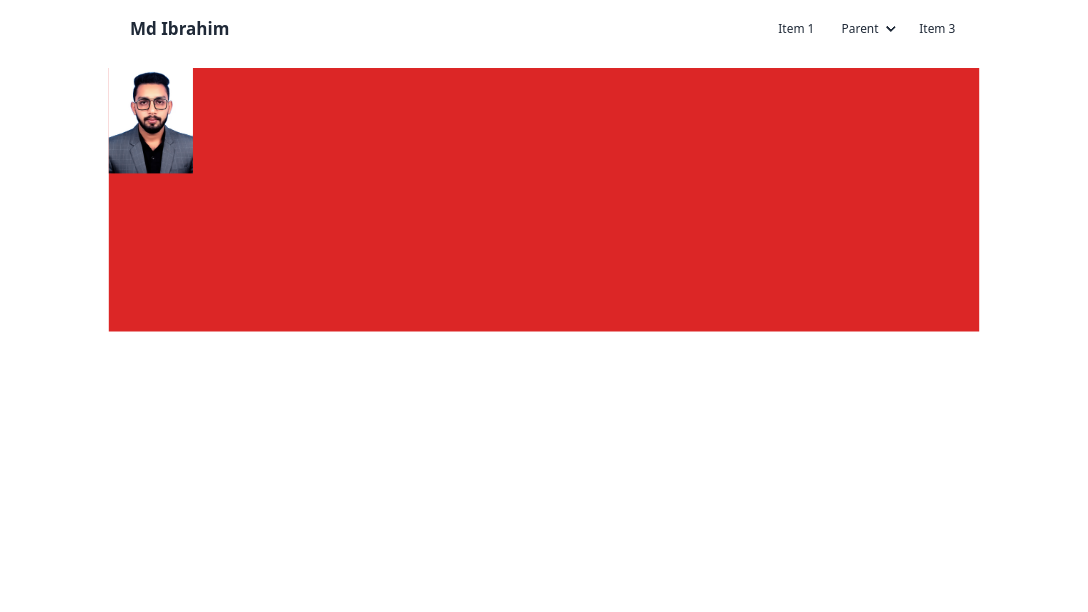
Repository: mdrubel02/portfilo
Page: /
The author's editor kept a copy of each file at every save. The page is drawn from the files as they stood at one save, then again after the next save.
The browser window is 1280 px wide. The pictures show the whole page, at 85% of full size.
The project was rebuilt for these pictures with package versions that can differ from the ones it lists, and the page was loaded fresh each time. Also part of the build but not shown: vite.config.js.

Above is the page before, as saved 2023-06-22 20:12:03.

### src/main.jsx
import React from 'react'
import ReactDOM from 'react-dom/client'
import './index.css'
import { RouterProvider } from 'react-router-dom'
import router from './Layout/routes'



ReactDOM.createRoot(document.getElementById('root')).render(
  <React.StrictMode>
    <div className='max-w-screen-lg mx-auto'>
      <RouterProvider router={router} />
    </div>
  </React.StrictMode>,
)

### src/Layout/routes.jsx
import { createBrowserRouter } from "react-router-dom";
import Main from "./Main";
import Home from "../Pages/Home/Home";


const router = createBrowserRouter([
  {
    path: "/",
    element: <Main />,
    children: [
      { path: '/', element: <Home /> },
      { path: '/home', element: <Home /> }
    ]
  }
]);

export default router;

### src/Layout/Main.jsx
import React from 'react';
import Navbar from '../Shared/Navbar/Navbar';
import { Outlet } from 'react-router-dom';

const Main = () => {
    return (
        <div className=''>
            <Navbar />
            <Outlet />
        </div>
    );
};

export default Main;

### src/Pages/Home/Home.jsx
import React from 'react';
import profile from '../../assets/nayeem.jpg'

const Home = () => {
    return (
        <div className='mt-3 relative'>
            <div className='h-[310px] bg-red-600'>
                <div className='grid grid-rows-2 grid-flow-col gap-4'>
                    <div className=''>
                        <div className='h-full'>
                        <img className='h-2/5 absolute left-0 right-0' src={profile} alt="profile" />
                        </div>
                    </div>
                    <div></div>
                </div>
            </div>
        </div>
    );
};

export default Home;

### src/Shared/Navbar/Navbar.jsx
import React from 'react';

const Navbar = () => {
    return (
        <div className="navbar bg-base-100 ">
            <div className="navbar-start">
            <div className="dropdown ">
                    <label tabIndex={0} className="btn btn-ghost lg:hidden">
                        <svg xmlns="http://www.w3.org/2000/svg" className="h-5 w-5" fill="none" viewBox="0 0 24 24" stroke="currentColor"><path strokeLinecap="round" strokeLinejoin="round" strokeWidth="2" d="M4 6h16M4 12h8m-8 6h16" /></svg>
                    </label>
                    <ul tabIndex={0} className="menu menu-sm dropdown-content mt-3 z-[1] p-2 shadow bg-base-100 rounded-box w-52">
                        <li><a>Item 1</a></li>
                        <li>
                            <a>Parent</a>
                            <ul className="p-2">
                                <li><a>Submenu 1</a></li>
                                <li><a>Submenu 2</a></li>
                            </ul>
                        </li>
                        <li><a>Item 3</a></li>
                    </ul>
                </div>
                <a className="btn btn-ghost normal-case text-xl">Md Ibrahim</a>
            </div>
            <div className="navbar-end hidden lg:flex">
                <ul className="menu menu-horizontal px-1">
                    <li><a>Item 1</a></li>
                    <li tabIndex={0}>
                        <details>
                            <summary>Parent</summary>
                            <ul className="p-2">
                                <li><a>Submenu 1</a></li>
                                <li><a>Submenu 2</a></li>
                            </ul>
                        </details>
                    </li>
                    <li><a>Item 3</a></li>
                </ul>
            </div>


        </div>
    );
};

export default Navbar;

Loaded but not shown: index.html (common file); src/index.css (common file); tailwind.config.js (common file)

After the next save:
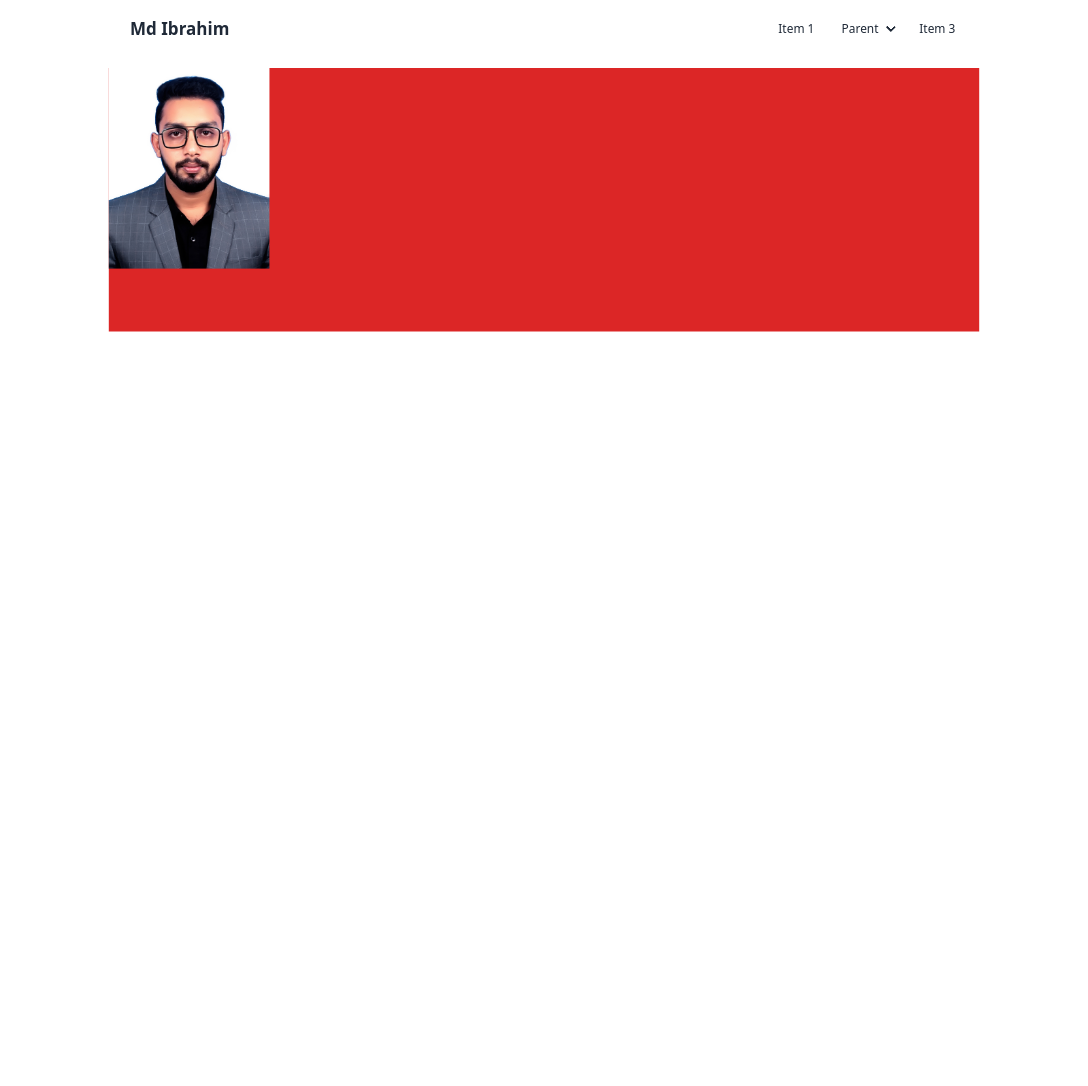
Saved 18 s later.
--- a/src/Pages/Home/Home.jsx
+++ b/src/Pages/Home/Home.jsx
@@ -8,7 +8,7 @@ const Home = () => {
                 <div className='grid grid-rows-2 grid-flow-col gap-4'>
                     <div className=''>
                         <div className='h-full'>
-                        <img className='h-2/5 absolute left-0 right-0' src={profile} alt="profile" />
+                        <img className='h-2/5 ' src={profile} alt="profile" />
                         </div>
                     </div>
                     <div></div>
